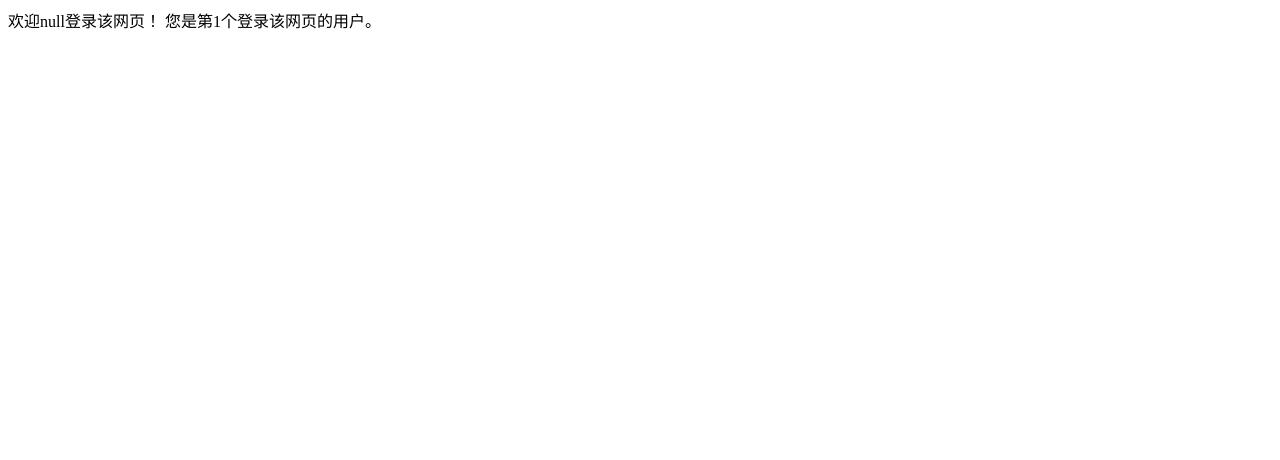
Repository: guirui-li/StudyJavaWeb
Page: http://localhost/JavawebTest/experiment02/dologin.jsp
An editor plug-in stored every save of this project. The page is shown before and after the next save, followed by the edit.
The browser window is 1280 px wide. The pictures show the whole page.
The page is served by Tomcat 9. Other server files are loaded and not shown.

Above is the page before, as saved 2019-05-03 06:31:55.

### JavawebTest/WebContent/experiment02/dologin.jsp
<%@ page language="java" contentType="text/html; charset=UTF-8"
    pageEncoding="UTF-8"%>
<!DOCTYPE html>
<html>
<head>
<meta charset="UTF-8">
<title>Insert title here</title>
</head>
<body>
	<%
		String name=request.getParameter("name");
		String psw=request.getParameter("psw");
		if(name==""||psw==""){
	%>
		<jsp:forward page="login.jsp">
			<jsp:param value="<%=name%>" name="name"/>
			<jsp:param value="<%=psw %>" name="psw"/>
		</jsp:forward>
	<%
		}else{
	%>
		<jsp:forward page="success.jsp">
			<jsp:param value="<%=name %>" name="name"/>
		</jsp:forward>

	<%
		}
	%>
</body>
</html>

### JavawebTest/WebContent/experiment02/success.jsp
<%@ page language="java" contentType="text/html; charset=UTF-8"
    pageEncoding="UTF-8"%>
<!DOCTYPE html>
<html>
<head>
<meta charset="UTF-8">
<title>Insert title here</title>
	<style type="text/css">
		#div{

		}
	</style>
</head>
<body>
	<%!
		int sum=0;
		int getNumber(){
			return ++sum;
		}
	%>
	<%
		String name=request.getParameter("name");
	%>
	<div id="div">
		欢迎<%=name %>登录该网页！
		您是第<%=getNumber() %>个登录该网页的用户。
	</div>
</body>
</html>

After the next save:
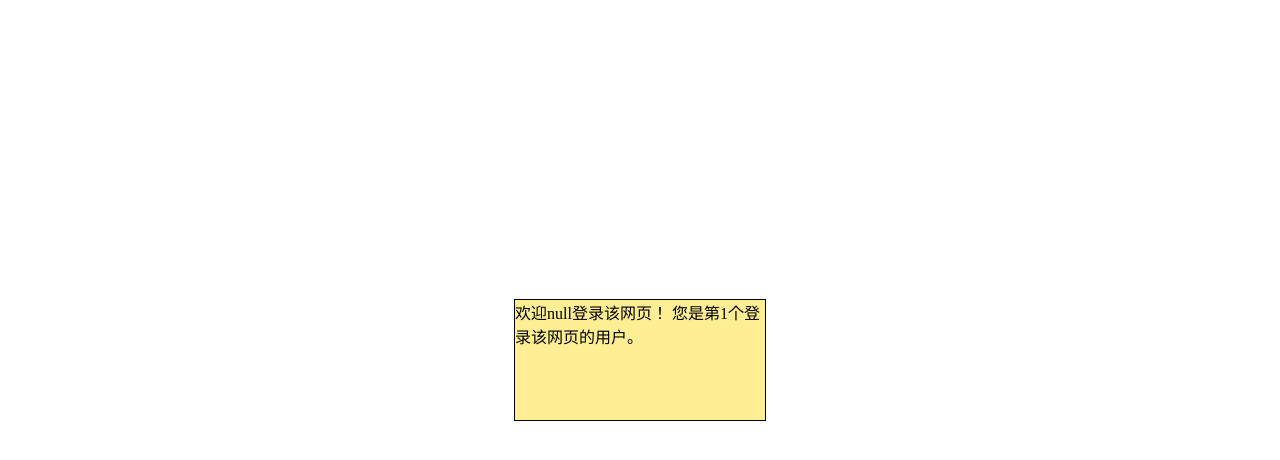
Saved 20 s later.
--- a/JavawebTest/WebContent/experiment02/success.jsp
+++ b/JavawebTest/WebContent/experiment02/success.jsp
@@ -7,7 +7,14 @@
 <title>Insert title here</title>
 	<style type="text/css">
 		#div{
-
+			border: 1px solid black;
+			width:250px;
+			height:120px;
+			background-color: #ffee93;
+			position:absolute;
+			top:50%;
+			left:50%;
+			transform:translate(-50%,-50%);
 		}
 	</style>
 </head>
